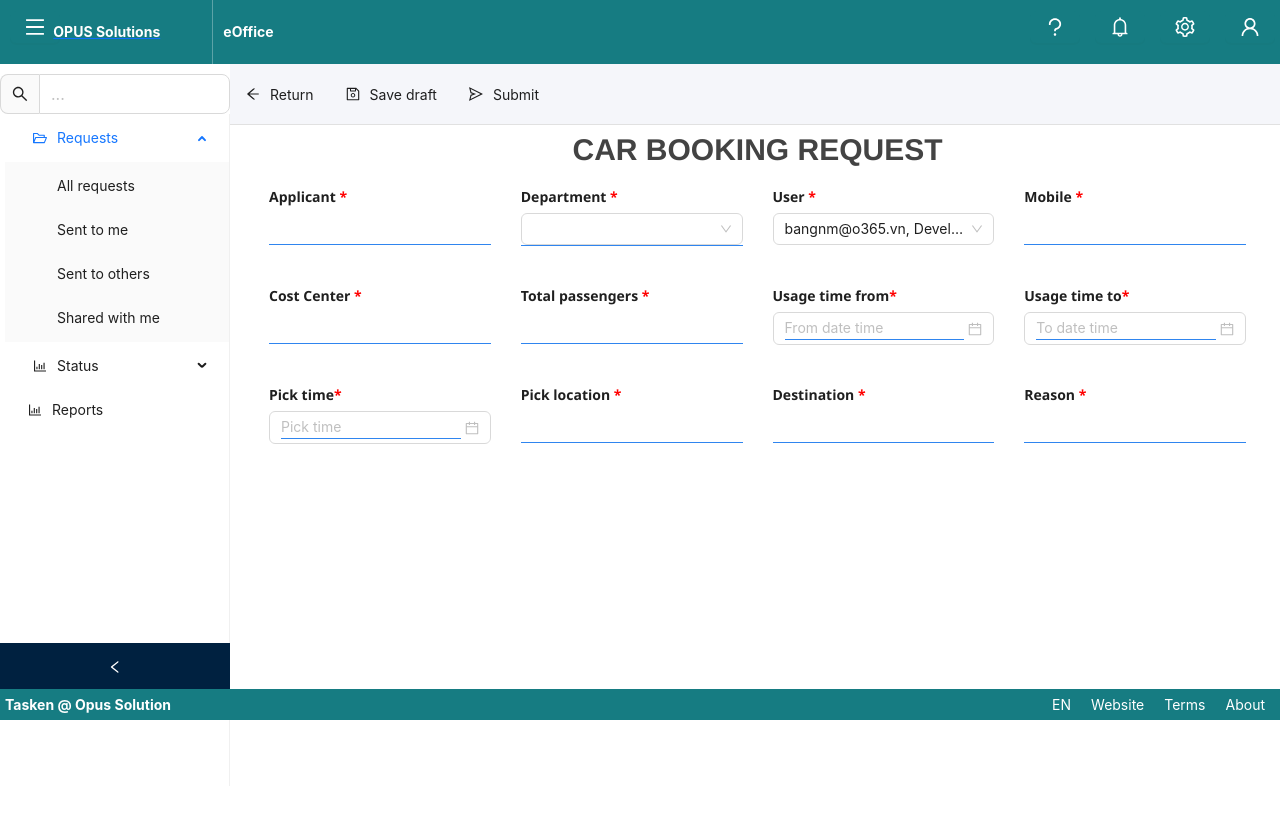
Repository: vannam272008/car-booking
Page: /request/addrequest
The author's editor kept a copy of each file at every save. The page is drawn from the files as they stood at one save, then again after the next save.
The browser window is 1280 px wide. The pictures show the whole page.
The project was rebuilt for these pictures with package versions that can differ from the ones it lists, and the page was loaded fresh each time. Also part of the build but not shown: src/Components/DetailRequest/Comments/comment.css, src/Components/DetailRequest/Comments/comment.tsx, src/Components/DetailRequest/Menu/menu.tsx, src/Components/DetailRequest/Detail/detail.tsx, src/Pages/ManageRequest/index.css, src/Pages/ManageRequest/ManageRequest.tsx. Imported but missing from the stored project, and not drawn on this page: src/Pages/Home.

Above is the page before, as saved 2023-07-06 16:33:02.

After the next save:
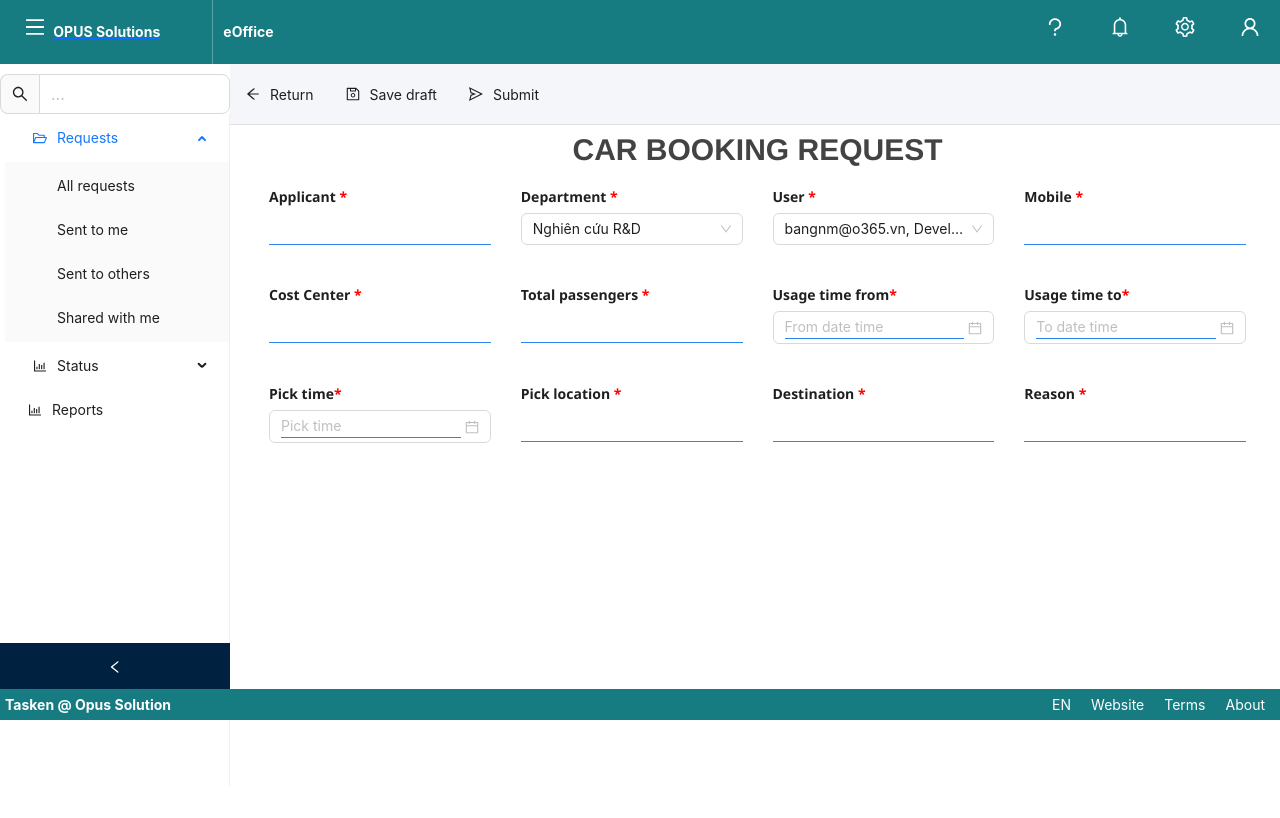
Saved 58 s later.
--- a/src/Components/AddRequest/AddRequest/index.tsx
+++ b/src/Components/AddRequest/AddRequest/index.tsx
@@ -45,14 +45,13 @@ function AddRequest(): JSX.Element {
                                                 ]}
                                                 initialValue="1"
                                             >
-                                                <div className='select-add-request'>
-                                                    <Select >
-                                                        <Option value="1">
-                                                            Nghiên cứu R&D                                                    </Option>
-                                                        <Option value="2">
-                                                            IT/ Technical                                                    </Option>
-                                                    </Select>
-                                                </div>
+
+                                                <Select >
+                                                    <Option value="1">
+                                                        Nghiên cứu R&D                                                    </Option>
+                                                    <Option value="2">
+                                                        IT/ Technical                                                    </Option>
+                                                </Select>
                                             </Form.Item>
                                         </Col>
                                         <Col span={6} className='col-request'>
